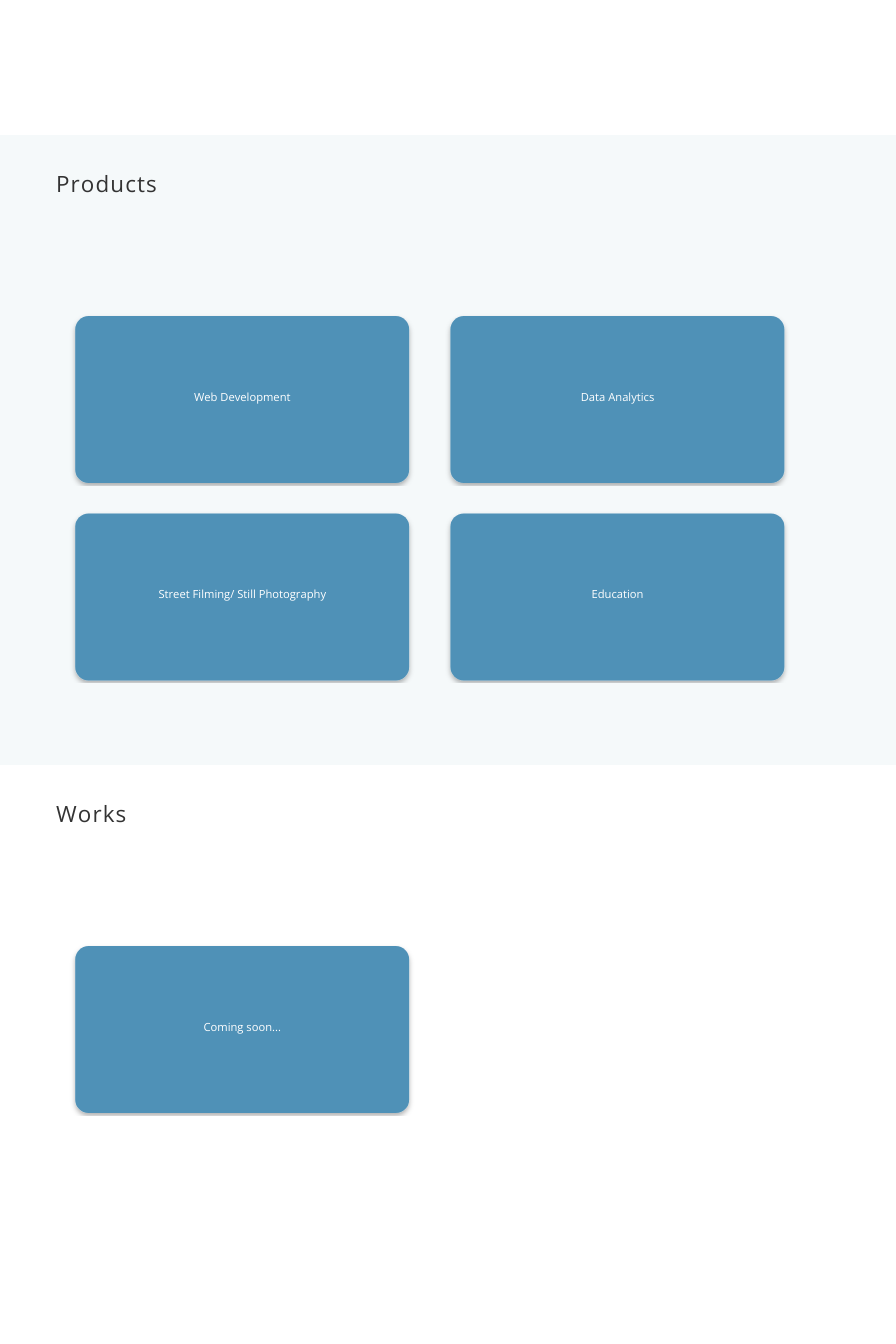
Repository: AirDepot/web
Page: index.html
These files come from the project's save history. The page is drawn as it stood at one moment and after a run of saves; the edit follows.
The browser window is 1280 px wide. The pictures show the part of the page from y = 1787 to 3707 px (the page is 5692 px tall before and 6232 px after), at 70% of full size.

Above is the page before, as saved 2020-02-12 00:09:55.

### index.html
<!DOCTYPE html>
<html lang="ja">
    <head>
        <meta charset="UTF-8">
        <link href="https://fonts.googleapis.com/css?family=Open+Sans:100,300,400,600" rel="stylesheet" type="text/css">
        <link href="http://code.ionicframework.com/ionicons/2.0.1/css/ionicons.min.css" rel="stylesheet" type="text/css">
        <link type="text/css" rel="stylesheet" href="./assets/css/common.css">
        <title>KustomApe</title>
        <meta name=”keywords” content="Python, Web, 映像, 教材, 開発">
        <meta name=”description” content=”Pythonを使ったプロダクト開発のKustomApe。車業界、ストリート映像を軸としたプロダクトDevelopmentユニット。Web開発、データクローリング、映像・写真、プログラミングの教材開発を行っています。”>
    </head>
    <body>
        <div id="wrap">
            <div id="home">
                <header id="header">
                    <h1 id="logo"><a href="#home"><img src="./assets/img/main_logo.svg" alt="KustomApe"></a></h1>
                    <nav id="nav">
                        <ul id="navigations">
                            <li><a href="#about">About</a></li>
                            <li><a href="#products">Products</a></li>
                            <li><a href="#works">Works</a></li>
                            <li><a href="#hackers">Developers</a></li>
                            <li><a href="#contact">Contact</a></li>
                        </ul>
                    </nav>
                </header>
                <div id="header_contents">
                    <p id="ape_icon"><img src="./assets/img/ape_icon.svg" alt="Apeのアイコン画像"></p>
                    <h2 id="concept">Verbalize, makes the best Product.</h2>
                </div>
            </div>
            <div id="about">
                <h3 class="section_titles">About</h3>
                <p id="about_kustomape">KustomApe(カスタムエイプ)はWebをはじめとする車業界、ストリート映像を軸としたDevelopmentユニットです。<br />
                好きを言語化して、プロダクトにすることを得意としています。<br />
                また、自分の生き方の選択肢を広げるため、プログラミング・英語・映像を軸とした教材開発も行っています。<br />
                部品輸入・アパレル輸入・アパレルデザインなども個人に特化した形で提供しております。<br />
                詳しくはProductsをご覧ください。</p>
            </div>
            <div id="products">
                <h3 class="section_titles">Products</h3>
                <section id="box_master">
                    <p class="box">Web Development</p>
                    <p class="box">Data Analytics</p>
                    <p class="box">Street Filming/ Still Photography</p>
                    <p class="box">Education</p>
                </section>
            </div>
            <div id="works">
                <h3 class="section_titles">Works</h3>
                <section id="box_master">
                    <p class="box">Coming soon...</p>
                </section>
            </div>
            <div id="developers">
                <h3 class="section_titles">Developers</h3>

            </div>
            <div id="contact">
                <h3 class="section_titles">Contact</h3>

            </div>
            <footer id="footer">
                <small>Copyright &copy; 2020 KustomApe All Rights Reserved.</small>
            </footer>
        </div>
    </body>
</html>

### assets/css/common.css
/**********************************************
*** GENERAL
**********************************************/

* {
    margin: 0;
    padding: 0;
    box-sizing: border-box;
}

.clearfix::after {
    content: "";
    display: table;
    clear: both;
}

html {
    overflow: auto;
}

body {
    color: #333;
    font-family: Open Sans, Arial, Helvetica, sans-serif;
    overflow: hidden;
}

ul {
    list-style: none;
}

a {
    text-decoration: none;
}

div#wrap {
    width: 100%;
    margin-top: -3rem;
}

div#home {
    width: 100%;
    height: 1080px;
    background-image: url(../img/wrap_bg.svg);
    background-position: center top;
    background-repeat: no-repeat;
    background-size: cover;
}

header#header {
    width: 100%;
    height: 150px;
    margin-left: 5rem;
}

header#header h1#logo {
    width: 500px;
    margin-top: 3rem;
}

h1#logo img {
    margin-top: 3rem;
    width: 350px;
}

nav#nav {
    margin-top: -4rem;
}

nav#nav ul#navigations {
    display: flex;
    justify-content: center;
    align-items: center;
    list-style: none;
    margin-left: 43rem;
}

nav#nav ul#navigations li {
    padding-right: 3.5rem;
}

nav#nav ul#navigations li a {
    color: #fff;
}

div#header_contents {
    display: inline-flex;
    margin-left: 5rem;
    padding: 15rem 0;
}

div#header_contents h2#concept {
    padding: 4.5rem 1rem;
    letter-spacing: 0.1rem;
    font-weight: 100;
    font-size: 1.5rem;
}

div#header_contents p#ape_icon img {
    width: 200px;
}

h3.section_titles {
    font-size: 2rem;
    font-weight: 500;
    padding-top: 3rem;
    margin-left: 5rem;
    letter-spacing: 0.1rem;
}

div#about {
    width: 100%;
    height: 900px;
}

div#about p#about_kustomape {
    padding-top: 9rem;
    margin-left: 5rem;
    font-size: 1rem;
    letter-spacing: 0.1rem;
    line-height: 5rem;
}

div#products {
    width: 100%;
    height: 900px;
    background: #F5F9FA;
}

section#box_master {
    display: block;
    width: 100%;
    margin-left: 5rem;
    margin-top: 9rem;
}

div#works {
    width: 100%;
    height: 900px;
}

p.box {
    display: inline-block;
    background-image: url(../img/box_bg.svg);
    background-position: center top;
    background-repeat: no-repeat;
    background-size: cover;
    width: 500px;
    height: 250px;
    color: #fff;
    font-weight: 100;
    text-align: center;
    padding: 7rem 0;
    margin: 1rem;
}


div#developers {
    width: 100%;
    height: 900px;
    background: #F5F9FA;
}

div#contact {
    width: 100%;
    height: 900px;
}

footer#footer {
    width: 100%;
    height: 7rem;
    background: #285E7F;
}

footer#footer small {
    display: block;
    text-align: center;
    color: #fff;
    padding: 3rem 0;
}

After the next 2 saves:
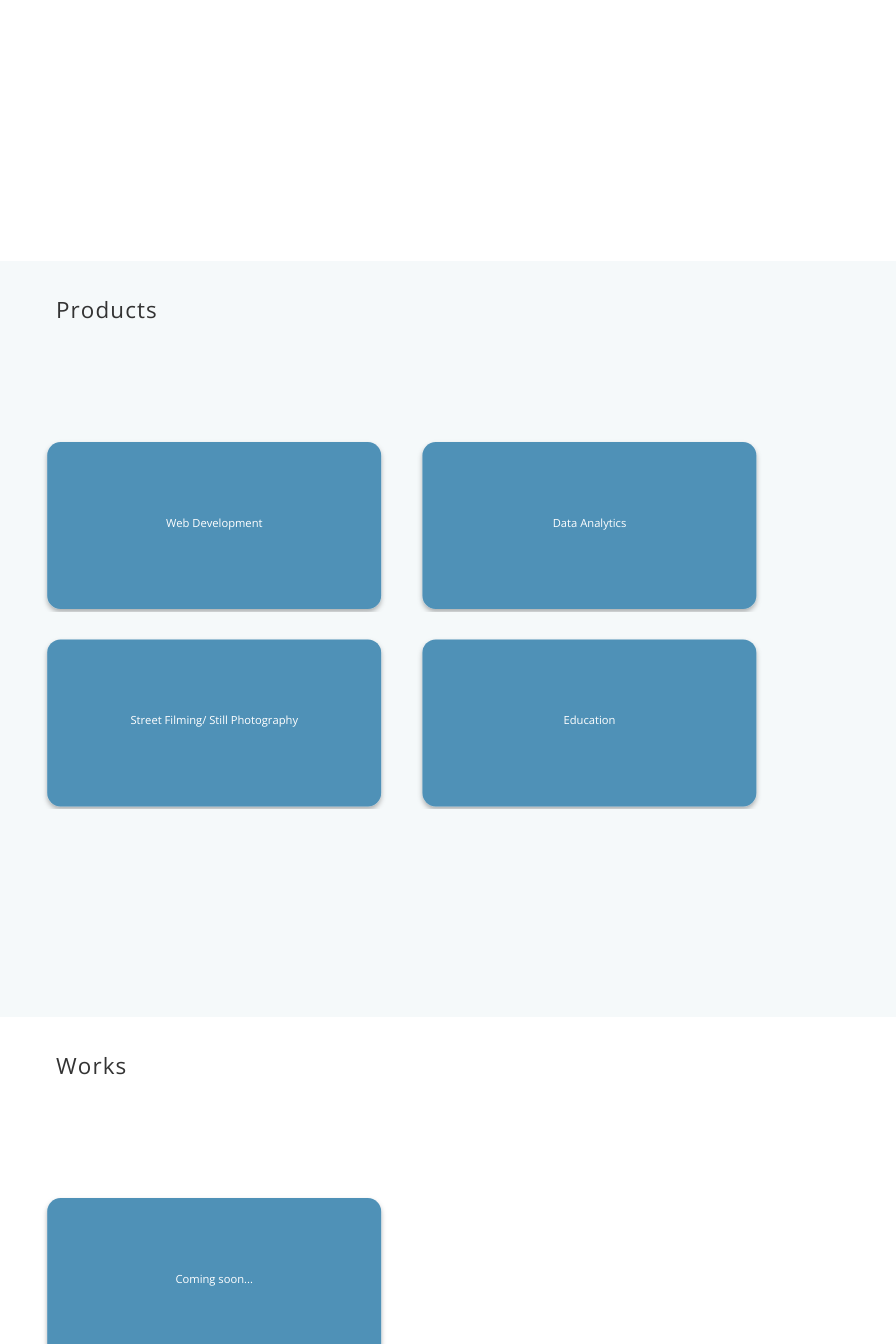
The 2 saves are shown as one change because they came seconds apart.
The last was saved 32 min 6 s later.
--- a/assets/css/common.css
+++ b/assets/css/common.css
@@ -109,7 +109,7 @@ h3.section_titles {
 
 div#about {
     width: 100%;
-    height: 900px;
+    height: 1080px;
 }
 
 div#about p#about_kustomape {
@@ -122,20 +122,20 @@ div#about p#about_kustomape {
 
 div#products {
     width: 100%;
-    height: 900px;
+    height: 1080px;
     background: #F5F9FA;
 }
 
 section#box_master {
     display: block;
-    width: 100%;
-    margin-left: 5rem;
+    width: 1200px;
+    margin: 0 auto;
     margin-top: 9rem;
 }
 
 div#works {
     width: 100%;
-    height: 900px;
+    height: 1080px;
 }
 
 p.box {
